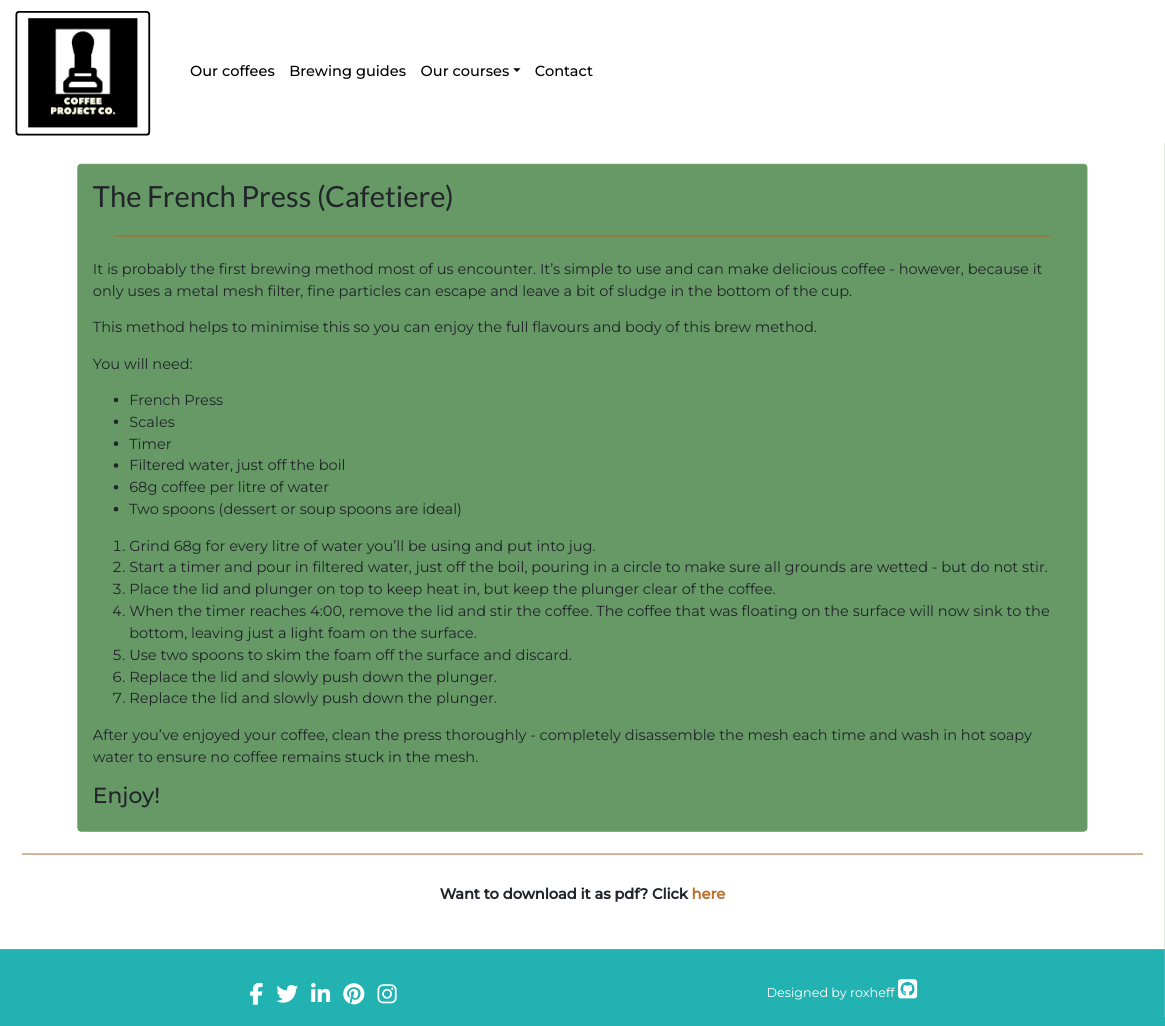
Repository: roxanahefferon/M1
Page: cafetiere.html
The author's editor kept a record of every edit. The page is drawn from the files as they stood at one moment, then again after the next edit.
The browser window is 1280 px wide. The pictures show the whole page, at 91% of full size.
Some web libraries are served in a nearby version.

Above is the page before.

### cafetiere.html
<!DOCTYPE html>
<html lang="en">

<head>
    <meta charset="UTF-8">
    <meta name="viewport" content="width=device-width, initial-scale=1.0">
    <meta http-equiv="X-UA-Compatible" content="ie=edge">
    <link rel="stylesheet" href="https://maxcdn.bootstrapcdn.com/bootstrap/4.0.0/css/bootstrap.min.css" integrity="sha384-Gn5384xqQ1aoWXA+058RXPxPg6fy4IWvTNh0E263XmFcJlSAwiGgFAW/dAiS6JXm" crossorigin="anonymous">
    <script src="https://kit.fontawesome.com/877201db70.js" crossorigin="anonymous"></script>
    <link rel="stylesheet" href="assets/css/style.css" type="text/css" />
    <title>Coffee Project Co.</title>
</head>

<body>

    <header>

        <! --- navbar --->

        <nav class="navbar navbar-expand-sm navbar-light fixed-top"> <a class="navbar-brand" href="index.html"> <img src="./assets/images/coffee-project-logo.png" width="120" alt="bbb-logo"></a>
            <button class="navbar-toggler" type="button" data-toggle="collapse" data-target="#collapsibleNavbar">
    <span class="navbar-toggler-icon"></span>
  </button>
            <div class="collapse navbar-collapse " id="collapsibleNavbar">
                <ul class="navbar-nav">
                    <li class="nav-item">
                        <a class="nav-link" href="coffees.html">Our coffees</a>
                    </li>
                    <li class="nav-item">
                        <a class="nav-link" href="brewing.html">Brewing guides</a>
                    </li>
                    <li class="nav-item dropdown">
                        <a class="nav-link dropdown-toggle" href="#" id="navbardrop" data-toggle="dropdown">Our courses</a>
                        <div class="dropdown-menu">
                            <a class="dropdown-item" href="intro.html">Intro to coffee</a>
                            <a class="dropdown-item" href="barista-sca.html">Barista SCA</a>
                            <a class="dropdown-item" href="brewing-sca.html">Brewing SCA</a>
                        </div>
                    </li>
                    <li class="nav-item">
                        <a class="nav-link" href="contact.html">Contact</a>
                    </li>
                </ul>
            </div>
        </nav>

    </header>

    <! --- main section --->

    <div class="container">
        <div class="brewing-container main-container">
            <div class="row">
                <div class="col">
                    <h2>The French Press (Cafetiere)</h2>
                    <hr class="section-divider">
                    <p>It is probably the first brewing method most of us encounter. It’s simple to use and can make delicious coffee - however, because it only uses a metal mesh filter, fine particles can escape and leave a bit of sludge in the bottom of
                        the cup.</p>
                    <p>This method helps to minimise this so you can enjoy the full flavours and body of this brew method.</p>
                    <p>You will need:</p>
                    <ul>
                        <li>French Press</li>
                        <li>Scales</li>
                        <li>Timer</li>
                        <li>Filtered water, just off the boil</li>
                        <li>68g coffee per litre of water</li>
                        <li>Two spoons (dessert or soup spoons are ideal)</li>
                    </ul>
                    <ol>
                        <li>Grind 68g for every litre of water you’ll be using and put into jug.</li>
                        <li>Start a timer and pour in filtered water, just off the boil, pouring in a circle to make sure all grounds are wetted - but do not stir.</li>
                        <li>Place the lid and plunger on top to keep heat in, but keep the plunger clear of the coffee.</li>
                        <li>When the timer reaches 4:00, remove the lid and stir the coffee. The coffee that was floating on the surface will now sink to the bottom, leaving just a light foam on the surface.</li>
                        <li>Use two spoons to skim the foam off the surface and discard.</li>
                        <li>Replace the lid and slowly push down the plunger.</li>
                        <li>Replace the lid and slowly push down the plunger.</li>
                    </ol>
                    <p>After you’ve enjoyed your coffee, clean the press thoroughly - completely disassemble the mesh each time and wash in hot soapy water to ensure no coffee remains stuck in the mesh.</p>
                    <h4>Enjoy!</h4>
                </div>
            </div>
        </div>
    </div>
    <hr class="section-divider">

    <! --- sub-section --->

    <div class="container">
        <div class="row">
            <div class="col">
                <p class="brewing-download">Want to download it as pdf? Click <a href="./assets/images/French-Press-Brew-Guide.pdf" target="_blank">here</a></p>
            </div>
        </div>
    </div>

    <! --- footer --->

    <footer>
        <div class="footer">
            <div class="container">
                <div class="row">
                    <div class="col-6 media d-inline-flex justify-content-center">
                        <ul class="list-inline">
                            <li class="list-inline-item">
                                <a href="https://www.facebook.com/" target="_blank">
<i class="fab fa-facebook-f" aria-hidden="true"></i>
<span class="sr-only">Facebook</span>
</a>
                            </li>
                            <li class="list-inline-item">
                                <a href="https://twitter.com/" target="_blank">
<i class="fab fa-twitter" aria-hidden="true"></i>
<span class="sr-only">Twitter</span></a>
                            </li>
                            <li class="list-inline-item">
                                <a href="https://www.linkedin.com" target="_blank">
<i class="fab fa-linkedin-in" aria-hidden="true"></i>
<span class="sr-only">LinkedIn</span>
</a>
                            </li>
                            <li class="list-inline-item">
                                <a href="https://www.pinterest.com/" target="_blank">
<i class="fab fa-pinterest" aria-hidden="true"></i>
<span class="sr-only">Pinterest</span>
</a>
                            </li>
                            <li class="list-inline-item">
                                <a href="https://www.instagram.com/" target="_blank">
<i class="fab fa-instagram" aria-hidden="true"></i>
<span class="sr-only">Instagram</span>
</a>
                            </li>
                        </ul>
                    </div>
                    <div class="col-6 my-info d-inline-flex justify-content-center">
                        <p>Designed by roxheff <a href="https://github.com/roxanahefferon" target="_blank"><i class="fab fa-github-square aria-hidden="true""></i></p></a>
                    </div>
                </div>
            </div>
        </div>
        </div>
        </div>
    </footer>

    <script src="https://code.jquery.com/jquery-3.2.1.slim.min.js" integrity="sha384-KJ3o2DKtIkvYIK3UENzmM7KCkRr/rE9/Qpg6aAZGJwFDMVNA/GpGFF93hXpG5KkN" crossorigin="anonymous"></script>
    <script src="https://cdnjs.cloudflare.com/ajax/libs/popper.js/1.12.9/umd/popper.min.js" integrity="sha384-ApNbgh9B+Y1QKtv3Rn7W3mgPxhU9K/ScQsAP7hUibX39j7fakFPskvXusvfa0b4Q" crossorigin="anonymous"></script>
    <script src="https://maxcdn.bootstrapcdn.com/bootstrap/4.0.0/js/bootstrap.min.js" integrity="sha384-JZR6Spejh4U02d8jOt6vLEHfe/JQGiRRSQQxSfFWpi1MquVdAyjUar5+76PVCmYl" crossorigin="anonymous"></script>
</body>

</html>

### assets/css/style.css
@import url('https://fonts.googleapis.com/css?family=Lato:100,200,300,400,500,600,700|Montserrat:100,200,300,400,500&display=swap');

body {
    margin: 0;
    padding: 0;
    font-family: "Montserrat", sans-serif;
}

/* all pages */

.main-container {
    margin-top: 180px;
}

.section-divider {
    background-color: #b87333;
    margin: 1.5rem;
}

.uppercase {
    text-transform: uppercase;
}

/* buttons */

.my-button {
    margin-top: 1rem;
    background-color: #b87333;
    color: #ffffff;
}

.my-button:hover {
    background-color: #4a4a4f;
    color: #ffffff;
    border: 2px solid #4a4a4f;

}

.my-border {
    border: 2px solid #b87333;
    border-radius: 0.25rem;
}

/* headers */

.headers-landing {
    position: relative;
    text-align: center;
}

.ph-landing {
    position: absolute;
    top: 50%;
    left: 50%;
    transform: translate(-50%, -50%);
    border: 5px solid;
    border-radius: 0.25rem;
    padding: 1rem 12rem;
    color: #fff;
    background-color: #000;
    opacity: 0.5;
    text-transform: uppercase;
    font-weight: bold;
    font-size: 1rem;
}

/* all forms */

.form-heading {
    color: #4a4a4f;
    font-family: "Lato", sans-serif;
    font-weight: bolder;
    margin-bottom: 2rem;
}

input[type=text],
input[type=email],
.form-control {
    color: #495057;
    border: 2px solid #b87333;
    border-radius: 0.25rem;
    width: 100%;
    margin-bottom: 0.25rem;
}

/* navbar */

.navbar-brand {
    margin-left: 0.05rem;
    margin-top: 0.25rem;
    border: solid 2px;
    border-color: #000000;
    border-radius: 0.25rem;
    padding: .40rem .75rem;
}

.navbar-light {
    background-color: #ffffff;
}

.navbar fixed-top {
    position: fixed !important;
}

.navbar-brand:hover {
    border-color: #b87333;
}

.navbar .navbar-toggler {
    border: solid 2px;
    border-color: #000000;
}

.navbar .navbar-toggler:hover {
    border-color: #b87333;
}

.dropdown a {
    font-weight: 500;
}

.navbar-nav a {
    font-weight: 500;
}

.dropdown-menu {
    border: solid 2px;
    color: #669966;
}

.dropdown-menu:hover {
    color: #b87333;
}

.navbar-collapse {
    margin-left: 20px;
}

.nav-item a {
    color: #000000;
}

.navbar-light .navbar-nav .nav-link {
    color: #000000;
}

.bgblack {
    background-color: #000000;
    padding: 0;
}

/* jumbotron hero image */

.landing-container {
    background-image: url("https://i.imgur.com/kNQRjOg.png");
    background-position: center;
    background-repeat: no-repeat;
    background-size: cover;
    position: relative;
    -webkit-background-size: cover;
    -moz-background-size: cover;
    -o-background-size: cover;
    display: flex;
    align-items: center;
    justify-content: center;
}

h1 {
    color: #ffffff;
    text-align: center;
}

.jumbotron {
    background-color: rgba(0, 0, 0, 0.75);
}

.jumbotron p {
    color: #ffffff;
    font-size: 1rem;
    text-align: center;
}

.badge-light {
    background-color: #b22222;
    border: none;
    color: #ffffff;
    font-size: 1.5rem;
    margin-left: 0.25rem;
}

.badge-light:hover {
    background-color: #333333;
    border: none;
    color: #000000;
}

.quote-landing {
    color: #b87333;
    text-align: center;
    font-family: "Lora", sans-serif;
    font-weight: 500;
    font-size: 1.2rem;
    margin-top: 1rem;
    padding: 5px;
}

.quote {
    margin-top: 1rem;
    margin-bottom: 1rem;
}

/* about us */

.about {
    color: #fafafa;
    font-weight: lighter;
    margin-bottom: 0.5rem;
    padding: 0.5rem 0;
    border-radius: 0.25rem;
}

.about p {
    margin: 1rem;
    text-align: center;
}

/* our-coffees-landing */

.our-coffees-landing {
    margin-top: 2rem;
    padding: 0;
}

.our-coffees-img {
    padding: 0;
    width: 100%;
    height: auto;
}

/* coffee-single */

.checked {
  color: #669966;
}



.coffee-review {
    margin-bottom: 0;
}

/* landing cards */

.card-header {
    background-color: #ffffff;
    color: #b87333;
    text-align: center;
}

.card-body {
    background-color: #ffffff;
}

.card-text {
    color: #4a4a4f;
    font-weight: lighter;
}

/* landing sca courses */

.sca-section {
    margin-top: 20px;
}

.sca-img {
    padding: 0;
    border: 2px solid;
    border-radius: 0.25rem;
}

/* brewing.html */

.brew-cards {
    background-color: #ffffff;
    border: 2px solid #b87333;
    border-radius: 0.25rem;
}

.brew-cards:hover {
    background-color: #ffffff;
    border: 2px solid #669966;
}

.brew-cards a {
    color: #000000;
    text-decoration: none;
    background-color: #ffffff;
}

.brew-cards a:hover {
    font-size: 20px;
    font-weight: bold;
    color: #669966;
}

/* intro.html */

.sca-content {
    margin: 2rem;
    border: 2px solid #669966;
    border-radius: 0.25rem;
    padding: 1rem;
}

/* quotes */

.media-quotes img{

}

/* footer */

.footer {
    background-color: #22b2b2;
    color: #ffffff;
    font-size: 0.5rem;
    font-family: "Montserrat", sans-serif;
    margin-top: 2rem;
    padding-top: 2rem;
}

.fab {
    color: #ffffff;
    font-size: 14px;
}

.fab:hover {
    font-size: x-large;
}

.my-info p {
    font-size: 14px;
}

/* brewing guides (all .htmls) */

.brewing-container {
    padding: 1rem;
    background-color: #669966;
    border: 1px solid #669966;
    border-radius: 0.25rem;
}

.brewing-container h2 {
    font-family: "Lato", sans-serif;
}

.brewing-download {
    padding-top: 0.5rem;
    font-weight: bold;
    text-align: center;
}

.brewing-download a {
    text-decoration: none;
    color: #b87333;
}

/* contact.html */

.contact-us {
    margin-top: 2rem;
}

.fas {
    color: #b22222;
}

/* media queries */

@media (min-width: 768px) {
    .quote-landing {
        font-size: 2.5rem;
    }
}

@media (min-width: 768px) {
    .footer {
        font-size: 1.5rem;
    }
    .fab {
        font-size: 1.5rem;
    }
    .ph-landing {
        font-size: 2rem;
    }
}

@media (max-width: 576px) {
    .carousel-inner img {
        width: 334px;
        height: 229px;
    }
}

After the next edit:
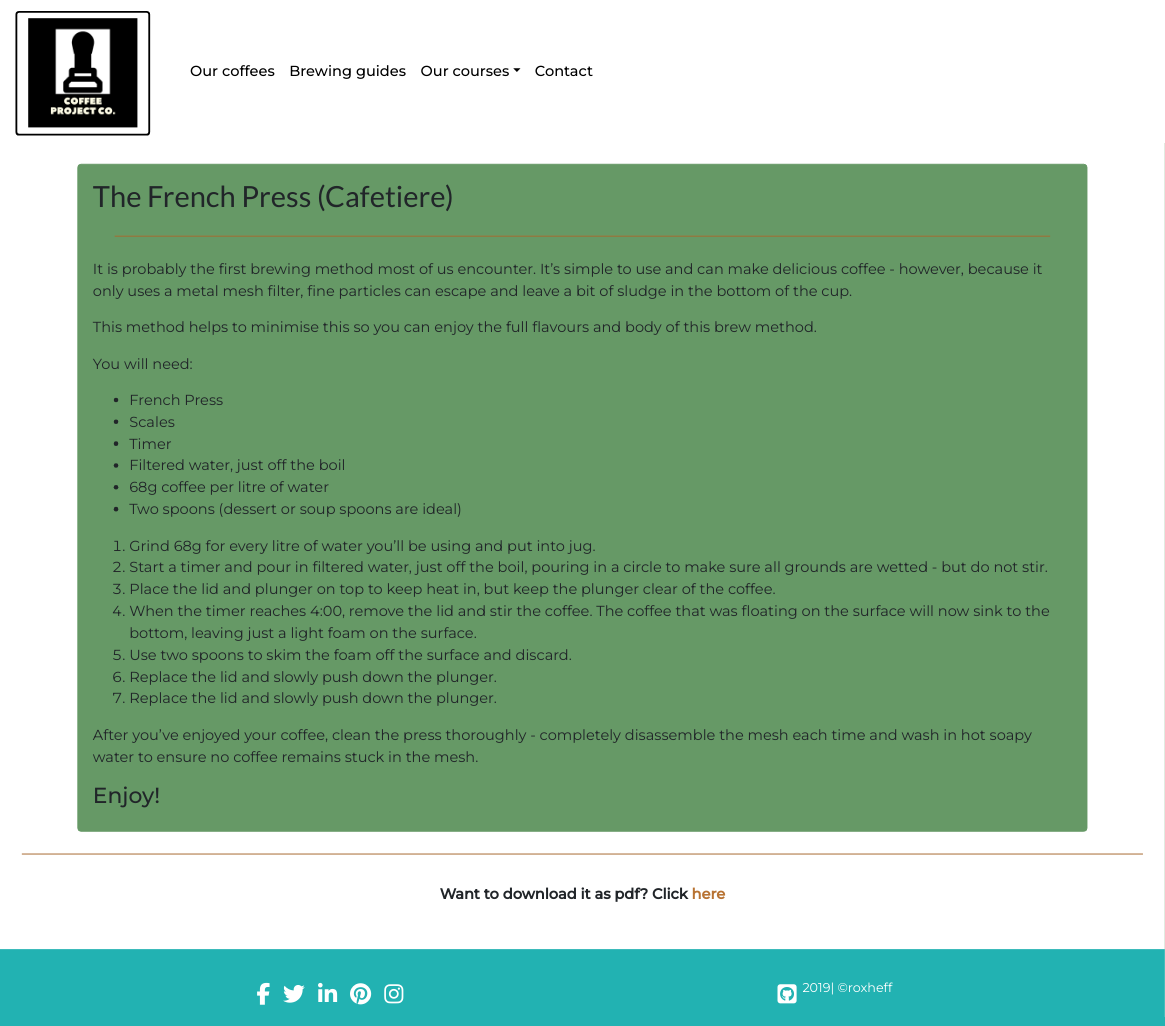
The edit:
--- a/cafetiere.html
+++ b/cafetiere.html
@@ -95,36 +95,36 @@
 
     <! --- footer --->
 
-    <footer>
+<footer>
         <div class="footer">
             <div class="container">
-                <div class="row">
+                <div class="row no-gutters">
                     <div class="col-6 media d-inline-flex justify-content-center">
                         <ul class="list-inline">
-                            <li class="list-inline-item">
+                            <li class="list-inline-item footer-inline">
                                 <a href="https://www.facebook.com/" target="_blank">
 <i class="fab fa-facebook-f" aria-hidden="true"></i>
 <span class="sr-only">Facebook</span>
 </a>
                             </li>
-                            <li class="list-inline-item">
+                            <li class="list-inline-item footer-inline">
                                 <a href="https://twitter.com/" target="_blank">
 <i class="fab fa-twitter" aria-hidden="true"></i>
 <span class="sr-only">Twitter</span></a>
                             </li>
-                            <li class="list-inline-item">
+                            <li class="list-inline-item footer-inline">
                                 <a href="https://www.linkedin.com" target="_blank">
 <i class="fab fa-linkedin-in" aria-hidden="true"></i>
 <span class="sr-only">LinkedIn</span>
 </a>
                             </li>
-                            <li class="list-inline-item">
+                            <li class="list-inline-item footer-inline">
                                 <a href="https://www.pinterest.com/" target="_blank">
 <i class="fab fa-pinterest" aria-hidden="true"></i>
 <span class="sr-only">Pinterest</span>
 </a>
                             </li>
-                            <li class="list-inline-item">
+                            <li class="list-inline-item footer-inline">
                                 <a href="https://www.instagram.com/" target="_blank">
 <i class="fab fa-instagram" aria-hidden="true"></i>
 <span class="sr-only">Instagram</span>
@@ -133,12 +133,12 @@
                         </ul>
                     </div>
                     <div class="col-6 my-info d-inline-flex justify-content-center">
-                        <p>Designed by roxheff <a href="https://github.com/roxanahefferon" target="_blank"><i class="fab fa-github-square aria-hidden="true""></i></p></a>
+                        <a href="https://github.com/roxanahefferon" target="_blank"><i class="fab fa-github-square" aria-hidden="true"></i></a>
+                        <span class="sr-only">Github</span><span>&nbsp;</span>
+                        <p>2019| ©roxheff</p>
                     </div>
                 </div>
             </div>
-        </div>
-        </div>
         </div>
     </footer>
 
